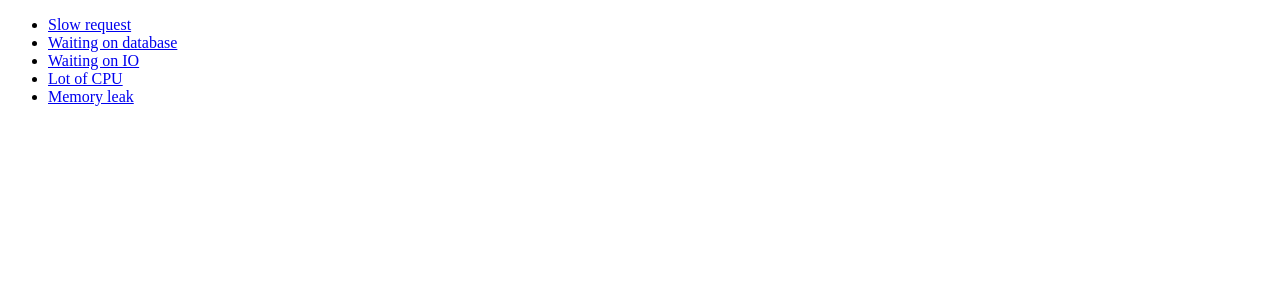
Repository: lurodrig/performance-issues-demos
Page: trouble-maker/WebContent/index.html
An editor plug-in stored every save of this project. The page is shown before and after the next save, followed by the edit.
The browser window is 1280 px wide. The pictures show the whole page.

Above is the page before, as saved 2015-04-17 14:47:59.

### trouble-maker/WebContent/index.html
<!DOCTYPE html>
<html>
<head>
<meta charset="UTF-8">
<title>Common performance issues demo</title>
</head>
<body>
<ul>
	<li><a href="SlowRequest?millis=1000">Slow request</a></li>
	<li><a href="WaitingOnDatabase?millis=10">Waiting on database</a></li>
	<li><a href="WaitingOnIO?millis=10">Waiting on IO</a></li>
	<li><a href="LotOfCPU?millis=100">Lot of CPU</a></li>
	<li><a href="MemoryLeak">Memory leak</a></li>
</ul>
</body>
</html>

After the next save:
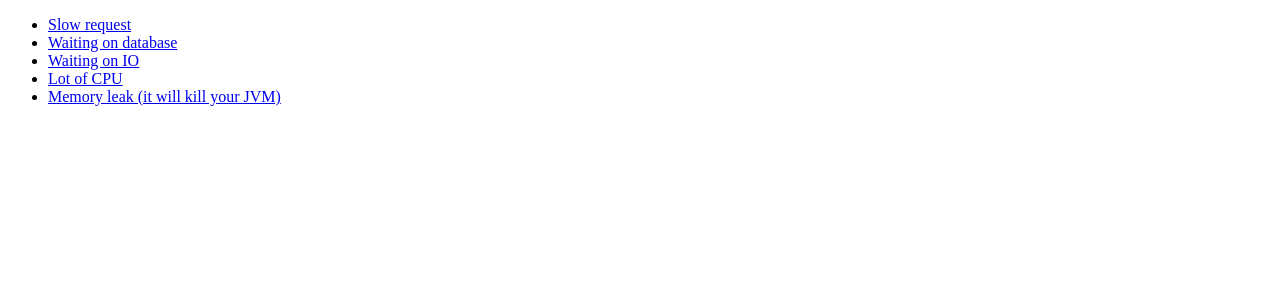
Saved 62 s later.
--- a/trouble-maker/WebContent/index.html
+++ b/trouble-maker/WebContent/index.html
@@ -10,7 +10,7 @@
 	<li><a href="WaitingOnDatabase?millis=10">Waiting on database</a></li>
 	<li><a href="WaitingOnIO?millis=10">Waiting on IO</a></li>
 	<li><a href="LotOfCPU?millis=100">Lot of CPU</a></li>
-	<li><a href="MemoryLeak">Memory leak</a></li>
+	<li><a href="MemoryLeak">Memory leak (it will kill your JVM)</a></li>
 </ul>
 </body>
 </html>
